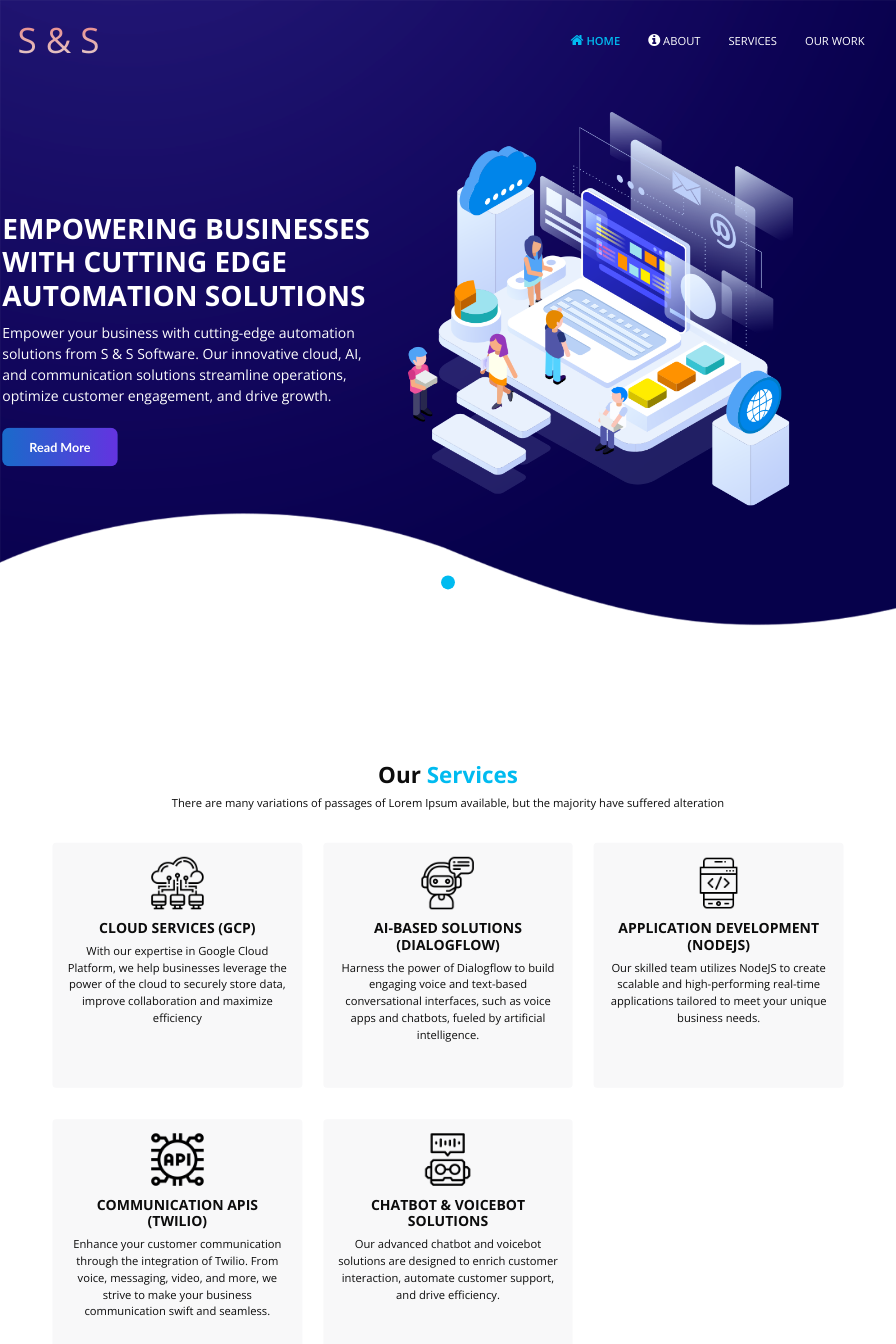
Repository: samuelsns/S-S-Software
Page: index.html
The author's editor kept a copy of each file at every save. The page is drawn from the files as they stood at one save, then again after the next save.
The browser window is 1280 px wide. The pictures show the part of the page from y = 0 to 1920 px (the page is 4829 px tall), at 70% of full size.

Above is the page before, as saved 2023-12-01 04:08:15.

After the next save:
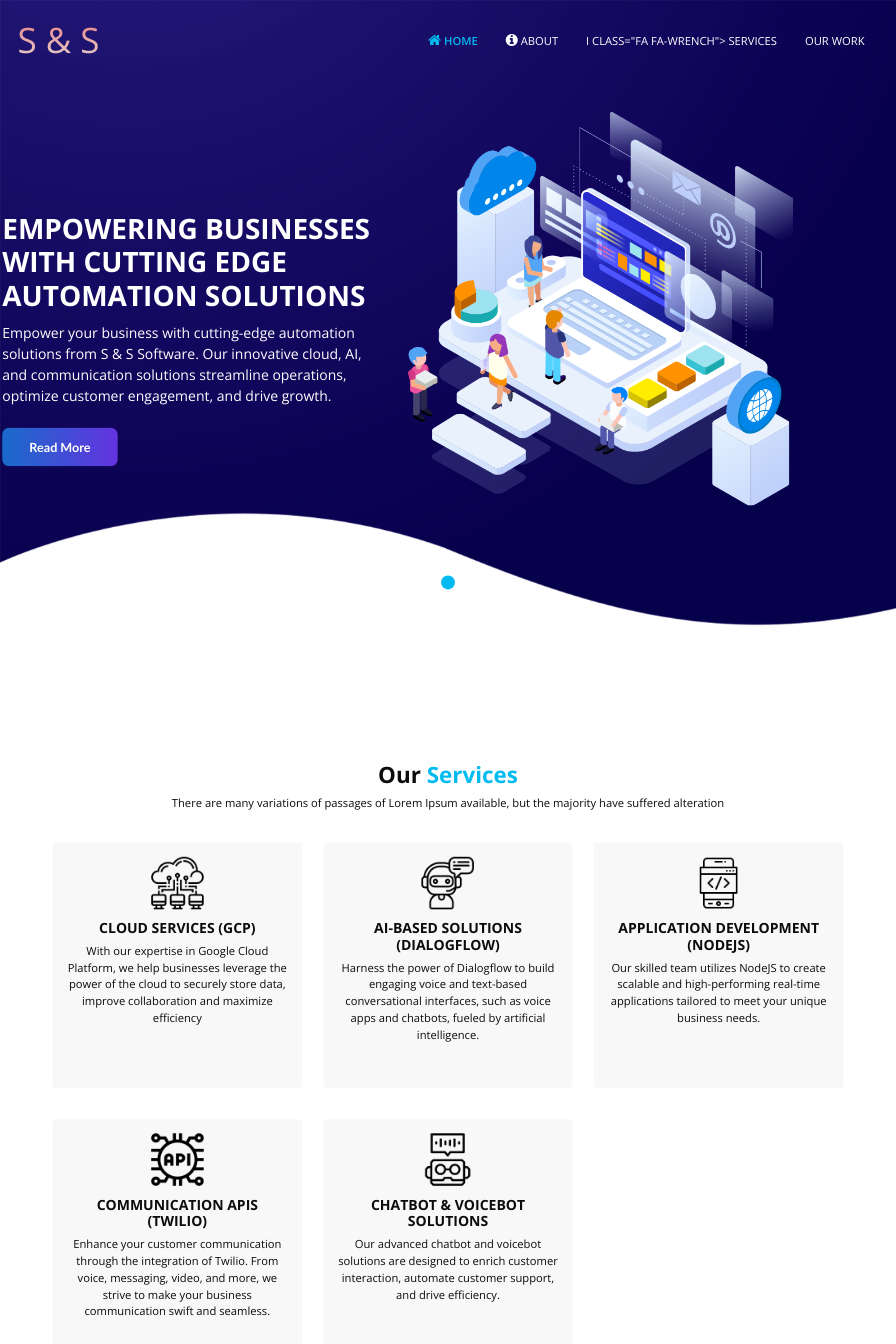
Saved 102 s later.
--- a/index.html
+++ b/index.html
@@ -80,7 +80,7 @@
                     <a class="nav-link" href="about.html"><i class="fa fa-info-circle" aria-hidden="true"></i>  About</a>
                   </li>
                   <li class="nav-item">
-                    <a class="nav-link" href="service.html">Services</a>
+                    <a class="nav-link" href="service.html">i class="fa fa-wrench"></i> Services</a>
                   </li>
                   <li class="nav-item">
                     <a class="nav-link" href="work.html">Our Work</a>
